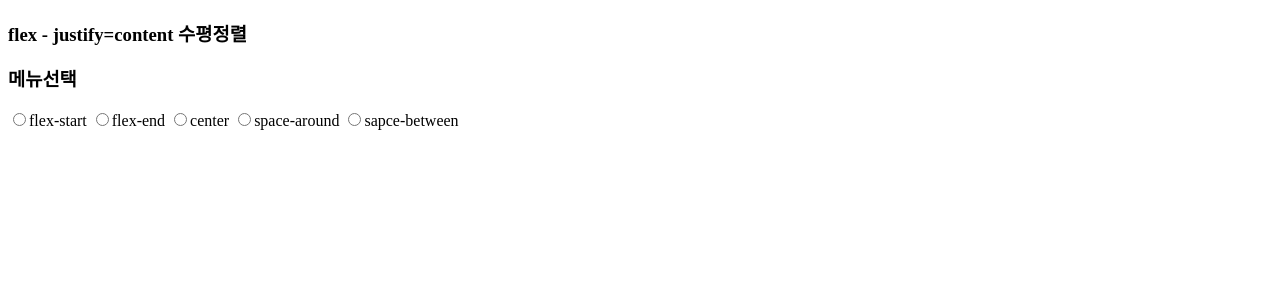
Repository: seonyeob94/BasicWeb
Page: webpro/src/main/webapp/0313/flex_수평정렬.html
The author's editor kept a copy of each file at every save. The page is drawn from the files as they stood at one save, then again after the next save.
The browser window is 1280 px wide. The pictures show the whole page.

Above is the page before, as saved 2025-03-13 03:34:49.

After the next save:
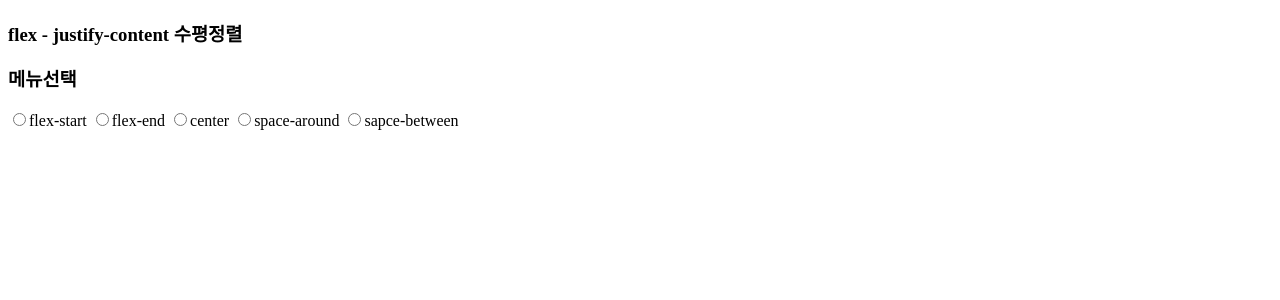
Saved 27 s later.
--- a/webpro/src/main/webapp/0313/flex_수평정렬.html
+++ b/webpro/src/main/webapp/0313/flex_수평정렬.html
@@ -5,7 +5,7 @@
 <title>Insert title here</title>
 </head>
 <body>
-<h3>flex - justify=content 수평정렬</h3>
+<h3>flex - justify-content 수평정렬</h3>
 <h3>메뉴선택</h3>
 <form action="">
   <label><input type="radio" name="fdtype" value="flex-start">flex-start</label>
